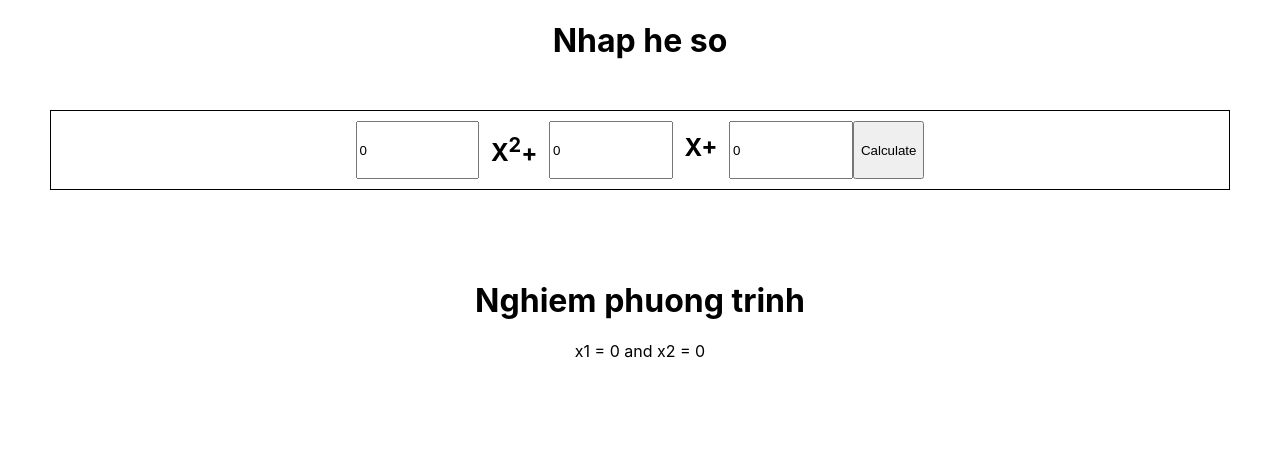
Repository: Trinvm1997/ReactExercise
Page: / (app in quadratic_equation/)
The author's editor kept a copy of each file at every save. The page is drawn from the files as they stood at one save, then again after the next save.
The browser window is 1280 px wide. The pictures show the whole page.
The project was rebuilt for these pictures with package versions that can differ from the ones it lists, and the page was loaded fresh each time.

Above is the page before, as saved 2020-12-24 10:23:32.

After the next save:
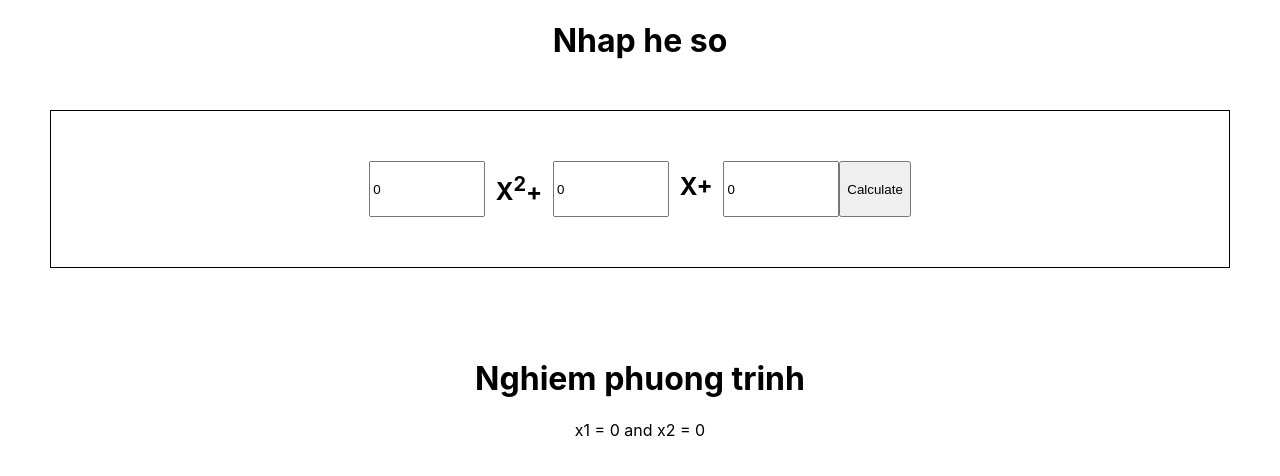
Saved 5 s later.
--- a/quadratic_equation/src/App.css
+++ b/quadratic_equation/src/App.css
@@ -33,7 +33,7 @@ form {
   justify-content: center;
   border: 1px solid black;
   margin: 50px;
-  padding: 10px;
+  padding: 50px;
 }
 
 h2 {
